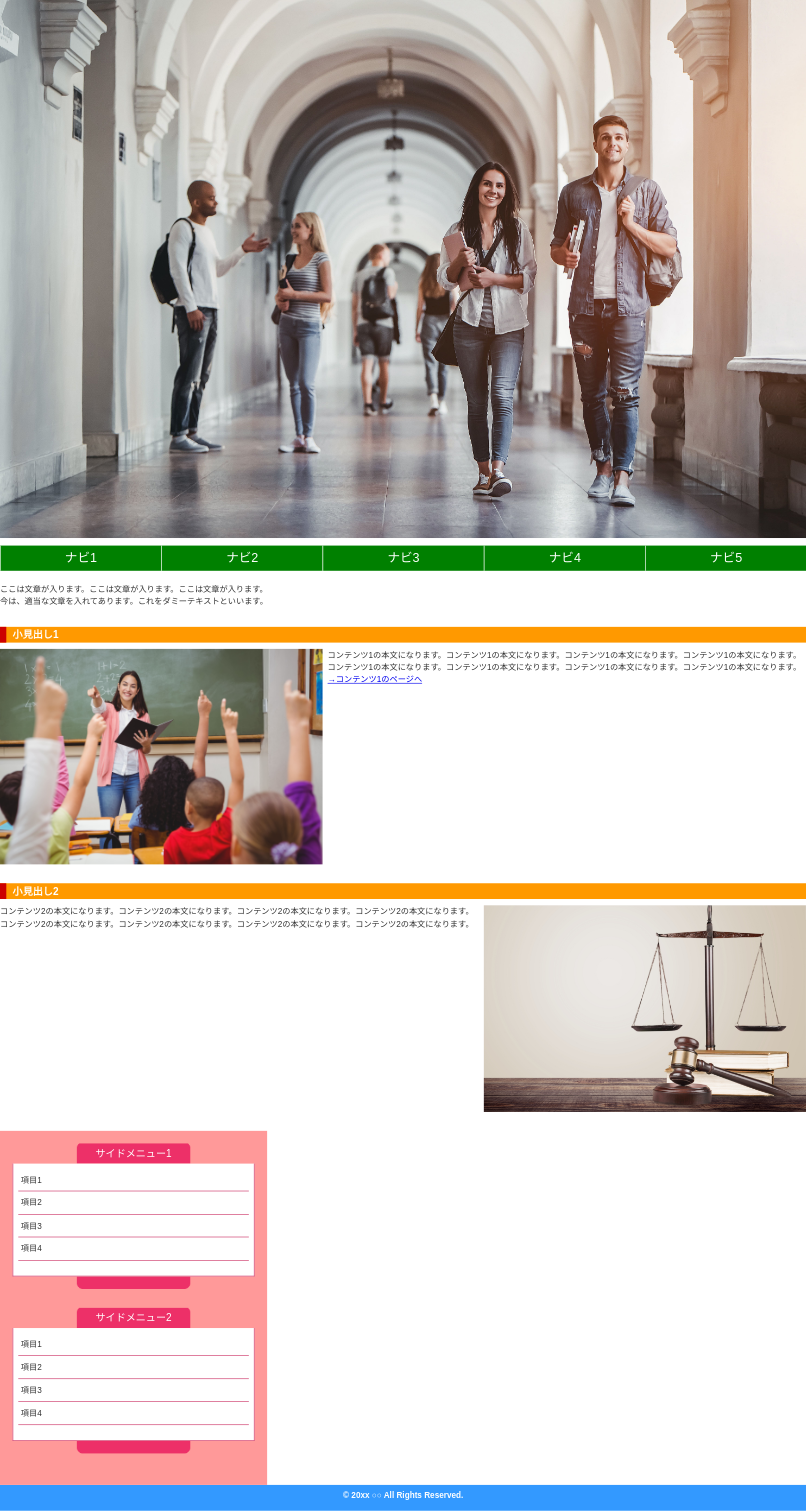
Repository: hayatesan8810/samurai_HTML-CSS
Page: home.html
The author's editor kept a record of every edit. The page is drawn from the files as they stood at one moment, then again after the next edit.
The browser window is 1280 px wide. The pictures show the whole page, at 63% of full size.

Above is the page before.

### home.html

<!DOCTYPE html>
<html lang="ja">
    <head>
        <meta charset="UTF-8">
        <title>HTML/CSSの学習</title>
        <link rel="stylesheet" href="stylesheet.css">
    </head>
    <body>
        <div id="header">
            <h1><a href="index.html"><img id="corridor" src="images/corridor.jpg" alt="大学の廊下" /></a></h1>
        </div>
        <div id="wrapper">
            <div id="nav">
                <ul>
                    <li><a href="home.html">ナビ1</a></li>
                    <li><a href="#">ナビ2</a></li>
                    <li><a href="#">ナビ3</a></li>
                    <li><a href="#">ナビ4</a></li>
                    <li><a href="#">ナビ5</a></li>
                </ul>
            </div>
            <div id="container">
                <div id="main">
                    <div class="post">
                        <p>ここは文章が入ります。ここは文章が入ります。ここは文章が入ります。<br />今は、適当な文章を入れてあります。これをダミーテキストといいます。</p>
                    </div>
                    <div class="post clearfix">
                        <h2>小見出し1</h2>
                        <img class="left" src="images/classroom.jpg" alt="授業風景" />
                        <p>
                            コンテンツ1の本文になります。コンテンツ1の本文になります。コンテンツ1の本文になります。コンテンツ1の本文になります。
                            コンテンツ1の本文になります。コンテンツ1の本文になります。コンテンツ1の本文になります。コンテンツ1の本文になります。
                        </p>
                        <p><a href="#">→コンテンツ1のページへ</a></p>
                    </div>
                    <div class="post clearfix">
                        <h2>小見出し2</h2>
                        <img class="right" src="images/scale.jpg" alt="天秤" />
                        <p>
                            コンテンツ2の本文になります。コンテンツ2の本文になります。コンテンツ2の本文になります。コンテンツ2の本文になります。
                            コンテンツ2の本文になります。コンテンツ2の本文になります。コンテンツ2の本文になります。コンテンツ2の本文になります。
                        </p>
                    </div>
                </div>
                <div id="side">
                    <div class="box">
                        <h2>サイドメニュー1</h2>
                        <div class="boxBody">
                            <ul>
                                <li>項目1</li>
                                <li>項目2</li>
                                <li>項目3</li>
                                <li>項目4</li>
                            </ul>
                        </div>
                    </div>
                    <div class="box">
                        <h2>サイドメニュー2</h2>
                        <div class="boxBody">
                            <ul>
                                <li>項目1</li>
                                <li>項目2</li>
                                <li>項目3</li>
                                <li>項目4</li>
                            </ul>
                        </div>
                    </div>
                </div>
            </div>
        </div>
        <div id="footer">
            <p>&copy; 20xx ○○ All Rights Reserved.</p>
        </div>
    </body>
</html>

### stylesheet.css
@charset "utf-8";

body {
	margin: 0;
	padding: 0;
	font-family: "ヒラギノ角ゴ Pro W3", "Hiragino Kaku Gothic Pro", "メイリオ", Meiryo, Osaka, "ＭＳ Ｐゴシック", "MS PGothic", sans-serif;
	color: #333;
	font-size: 13px;
	line-height: 150%;
}

/* -------------------- wrapper -------------------- */
#wrapper {
	width: 100%;
	margin: auto;
	padding: 0px;
	border: 0px;
	background-color: #FFF;
	top: 10px;
	position: relative;
}

/* -------------------- header -------------------- */
#header {
	width: 100%;
}
#header h1 {
	margin: 0;
	padding: 0;
}

#corridor {
	width: 100%;
	height: auto;
}

/* -------------------- footer -------------------- */
#footer {
	clear: both;
	width: 100%;
	padding: 3px 0 3px 0;
	background: #39F;
	color: #FFF;
	font-weight: bold;
	text-align: center;
}

/* -------------------- nav -------------------- */
#nav {
	width: 100%;
}
#nav ul {
	display: flex;
	margin: 0;
	padding: 0;
	list-style-type: none;
}
#nav ul li {
	width: 20%;
	text-align: center;
}
#nav ul li a {
	display: block;
	height: 20px;
	margin: 0;
	padding: 10px;
	color: #FFF;
	font-size: 20px;
	text-decoration: none;
	background-color: green;
    border-left: 1px solid white;
}
#nav ul li a:hover{
	filter: drop-shadow(10px 10px 10px black);
}

/* -------------------- container -------------------- */
#container {
	width: 100%;
	margin: auto ;
	padding-top: 20px;
	clear: both;
	display: grid;
	grid-columns: 70vw 30vw;
}
/* -------------------- main -------------------- */
#main {
    width: 95%
	padding: 10px 30px 10px 10px;
}
#main h2 {
	margin: 0 0 10px 0;
	padding: 3px 10px 3px 10px;
	color: #FFF;
	font-size: 16px;
	border-left: solid 10px #C00;
	background-color: #F90;
}
#main p {
	margin: 0;
	padding: 0;
}
#main .post {
	margin: 0 0 30px 0;
}

#main .post img.right {
	margin: 0 0 0 8px;
}
#main .post img.left {
	margin: 0 8px 0 0;
}

.right {
	float: right;
	width: 40%;
	height: auto;
}
.left {
	float: left;
	width: 40%;
	height: auto;
}

/* -------------------- clearfix -------------------- */
.clearfix {
	zoom: 1;
}
.clearfix:after{
	content: "";
	display: block;
	clear: both;
}

/* -------------------- side -------------------- */
#side {
	float: right;
	width: 30%;
	padding: 20px;
	background-color: #F99;
}
#side .box {
	margin: 0 auto 30px auto;
	padding: 0 0 20px 0;
	background: url(images/side_box.png) bottom no-repeat;
}
#side .box h2 {
	margin: 0;
	padding: 8px;
	text-align: center;
	color: #fff;
	font-size: 16px;
	line-height: 16px;
	font-weight: normal;
	background: url(images/side_box_h2.png) center no-repeat;
}
#side .box .boxBody {
	padding: 8px;
	border-right: solid 1px #C36;
	border-bottom: solid 1px #C36;
	border-left: solid 1px #C36;
	background: #fff;
}
#side .box .boxBody ul {
	margin: 0 0 16px 0;
	padding: 0;
}
#side .box .boxBody ul li {
	padding: 8px 0 8px 4px;
	list-style: none;
	border-bottom: solid 1px #C36;
}
#side.box.boxBody ul li:hover{
	padding: 8px 0 8px 4px;
	list-style: none;
	border-bottom: solid 1px #c36;
	box-shadow: 0px 4px 4px rgba(0,0,0,0.3);
}

After the next edit:
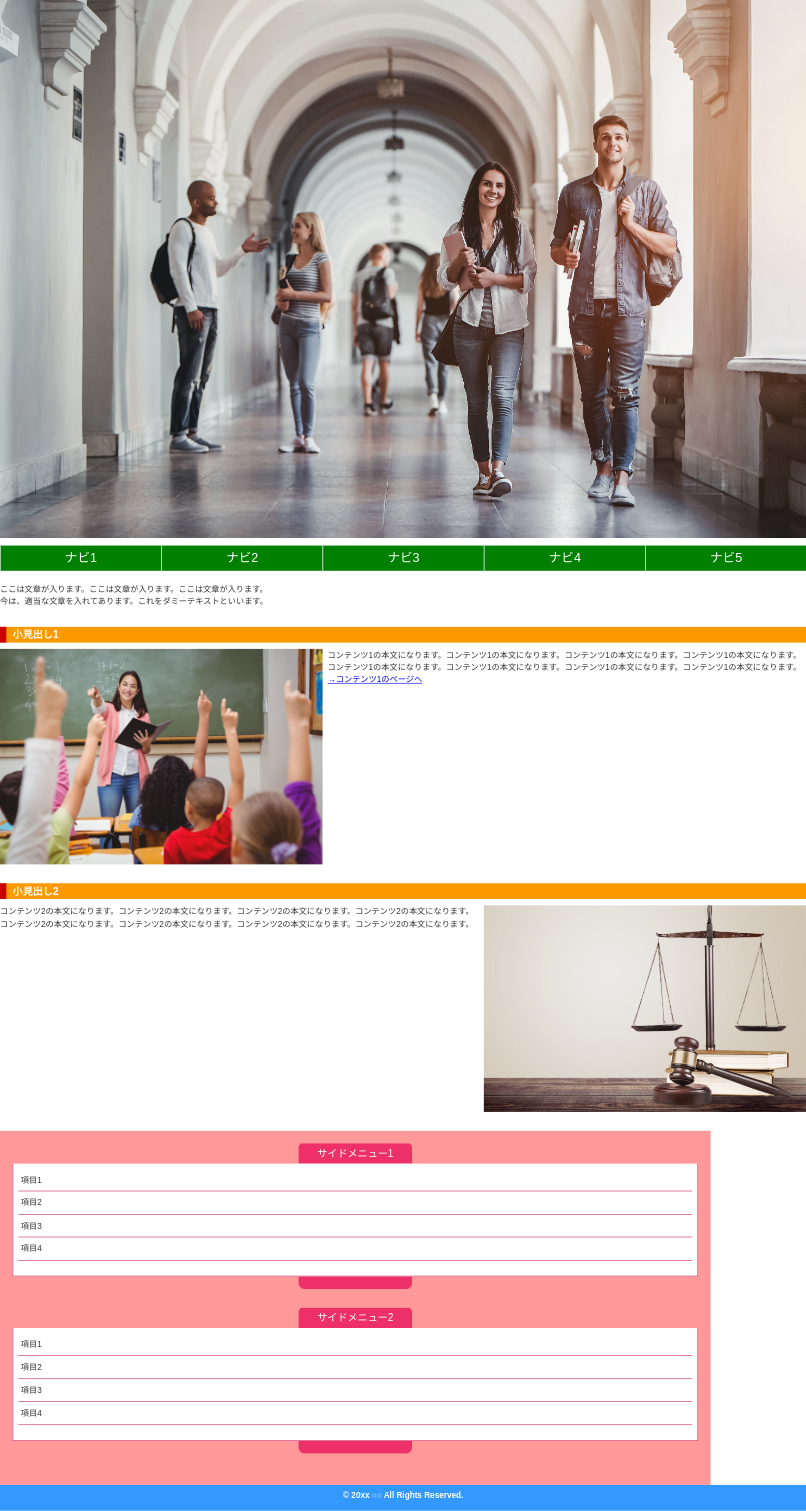
The edit:
--- a/stylesheet.css
+++ b/stylesheet.css
@@ -134,8 +134,7 @@
 
 /* -------------------- side -------------------- */
 #side {
-	float: right;
-	width: 30%;
+	width: 85%;
 	padding: 20px;
 	background-color: #F99;
 }
